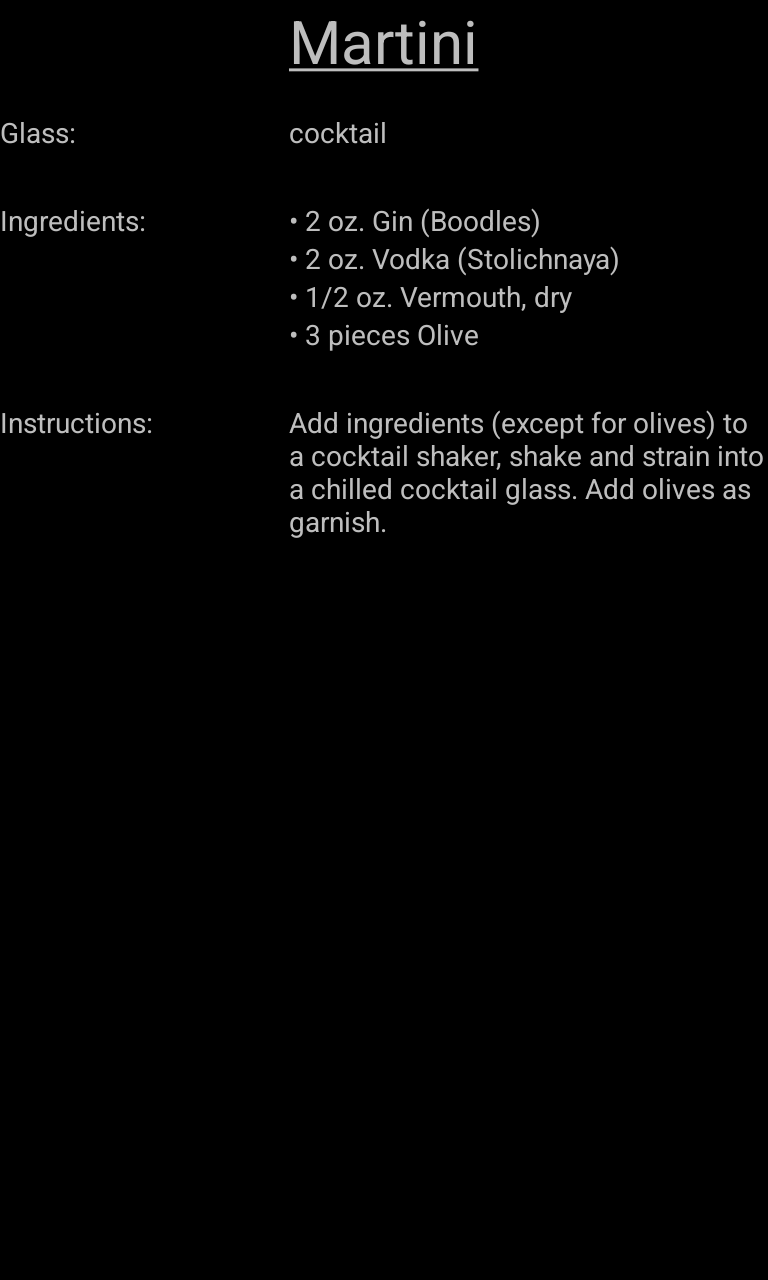
Repository: caltangelo/Drinkables
Layout: CocktailView/res/layout/main.xml
An editor plug-in stored every save of this project. The layout is shown before and after the next save, followed by the edit.
It is drawn on a 768 x 1280 px phone screen (xhdpi) without system bars, with theme android:Theme; the app's code is not run.

Above is the layout before, as saved 2011-09-22 20:55:21.

### CocktailView/res/layout/main.xml
<?xml version="1.0" encoding="utf-8"?>
<RelativeLayout xmlns:android="http://schemas.android.com/apk/res/android"
	android:orientation="vertical" android:layout_width="fill_parent"
	android:layout_height="fill_parent">
	<TextView android:id="@+id/drinkname" android:layout_height="wrap_content"
		android:textSize="30sp" android:text="@string/drink_name"
		android:layout_width="wrap_content" android:layout_alignParentTop="true"
		android:layout_centerHorizontal="true" />

	<TextView android:id="@+id/glass_label" android:layout_width="wrap_content"
		android:layout_height="wrap_content" android:layout_below="@id/drinkname"
		android:layout_alignParentLeft="true" android:text="Glass:" android:layout_marginTop="16dp"/>
	<TextView android:id="@+id/glass_type"
		android:layout_toRightOf="@id/glass_label" android:text="@string/drink_glass"
		android:layout_height="wrap_content" android:layout_width="wrap_content"
		android:layout_alignTop="@id/glass_label" android:layout_alignLeft="@+id/drinkname" />

	<TextView android:layout_height="wrap_content" android:id="@+id/ingredient_label"
		android:text="Ingredients: " android:layout_width="wrap_content"
		android:layout_below="@+id/glass_label"
		android:layout_alignParentLeft="true" android:layout_marginTop="25dp" />
	<TableLayout android:layout_height="wrap_content"
		android:id="@+id/ingredient_table" android:layout_width="wrap_content"
		android:layout_alignTop="@+id/ingredient_label"
		android:layout_alignLeft="@+id/drinkname"
		android:layout_alignParentRight="true">
		<TableRow android:id="@+id/tableRow1" android:layout_width="wrap_content"
			android:layout_height="wrap_content">
			<TextView android:text="• 2 oz. Gin (Boodles)" android:id="@+id/textView1"
				android:layout_width="wrap_content" android:layout_height="wrap_content" />
		</TableRow>
		<TableRow android:id="@+id/tableRow2" android:layout_width="wrap_content"
			android:layout_height="wrap_content">
			<TextView android:text="• 2 oz. Vodka (Stolichnaya)"
				android:id="@+id/textView2" android:layout_width="wrap_content"
				android:layout_height="wrap_content"></TextView>
		</TableRow>
		<TableRow android:id="@+id/tableRow3" android:layout_width="wrap_content"
			android:layout_height="wrap_content">
			<TextView android:text="• 1/2 oz. Vermouth, dry" android:id="@+id/textView3"
				android:layout_width="wrap_content" android:layout_height="wrap_content"></TextView>
		</TableRow>
		<TableRow android:id="@+id/tableRow4" android:layout_width="wrap_content"
			android:layout_height="wrap_content">
			<TextView android:text="• 3 pieces Olive" android:id="@+id/textView4"
				android:layout_width="wrap_content" android:layout_height="wrap_content"></TextView>
		</TableRow>
	</TableLayout>

	<TextView android:id="@+id/instruction_label"
		android:layout_height="wrap_content" android:layout_width="wrap_content"
		android:layout_below="@id/ingredient_table"
		android:layout_alignParentLeft="true" android:text="Instructions: "
		android:layout_marginTop="25dp" />
	<TextView android:id="@+id/instructions"
		android:layout_height="wrap_content" android:layout_width="wrap_content"
		android:layout_alignTop="@id/instruction_label"
		android:layout_alignLeft="@id/drinkname"
		android:layout_alignParentRight="true" android:text="@string/drink_instructions" />

</RelativeLayout>

### CocktailView/res/values/strings.xml
<?xml version="1.0" encoding="utf-8"?>
<resources>
    <string name="hello">Hello World, CocktailViewActivity!</string>
    <string name="app_name">CocktailView</string>
    <string name="drink_name"><u>Martini</u></string>
    <string name="drink_glass">cocktail</string>
    <string-array name="drink_ingredients">
        <item>2 oz. Gin (Boodles)</item>
        <item>2 oz. Vodka (Stolichnaya)</item>
        <item>1/2 oz. Vermouth, dry</item>
        <item>3 pieces Olive</item>
    </string-array>
    <string name="drink_instructions">Add ingredients (except for olives) to a cocktail shaker, shake and strain into a chilled cocktail glass.  Add olives as garnish.</string>
</resources>

After the next save:
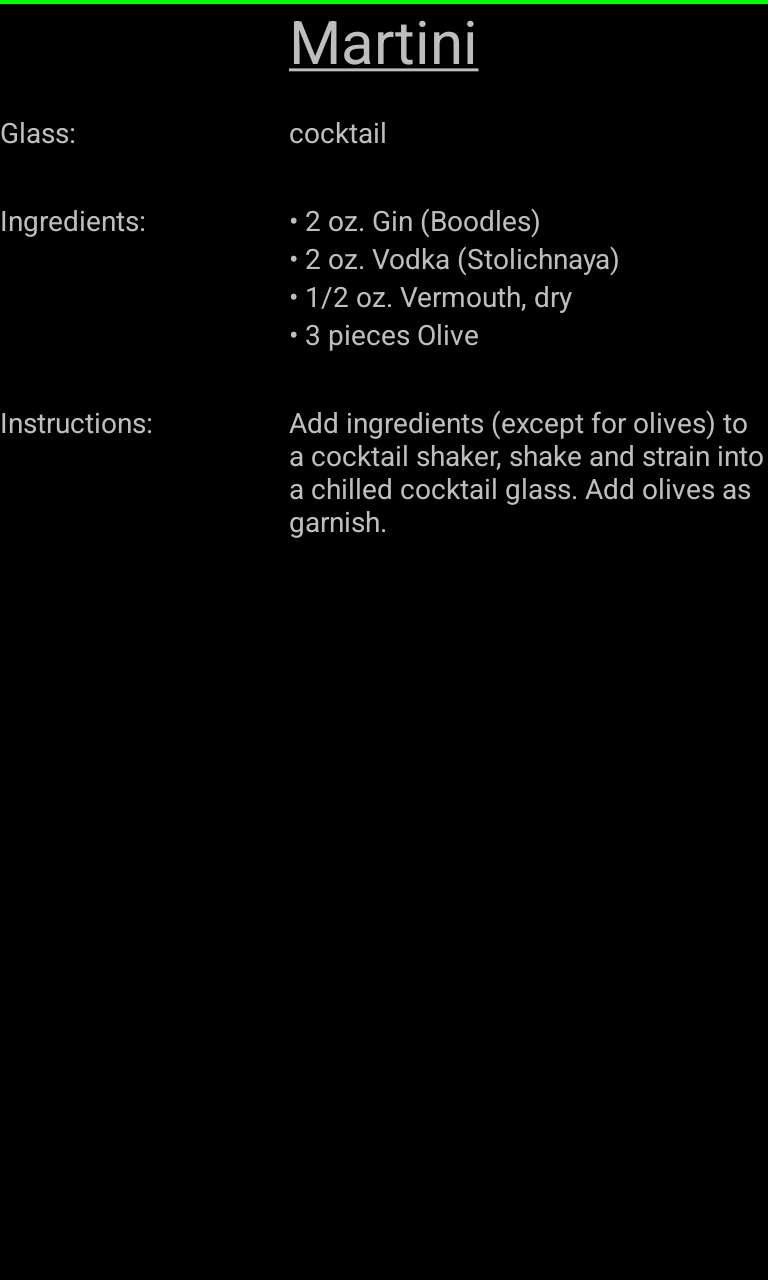
Saved 2 min 24 s later.
--- a/CocktailView/res/layout/main.xml
+++ b/CocktailView/res/layout/main.xml
@@ -6,6 +6,8 @@
 		android:textSize="30sp" android:text="@string/drink_name"
 		android:layout_width="wrap_content" android:layout_alignParentTop="true"
 		android:layout_centerHorizontal="true" />
+
+	<TextView android:layout_width="fill_parent" android:layout_height="2dp" android:background="#FF00FF00"/>
 
 	<TextView android:id="@+id/glass_label" android:layout_width="wrap_content"
 		android:layout_height="wrap_content" android:layout_below="@id/drinkname"
